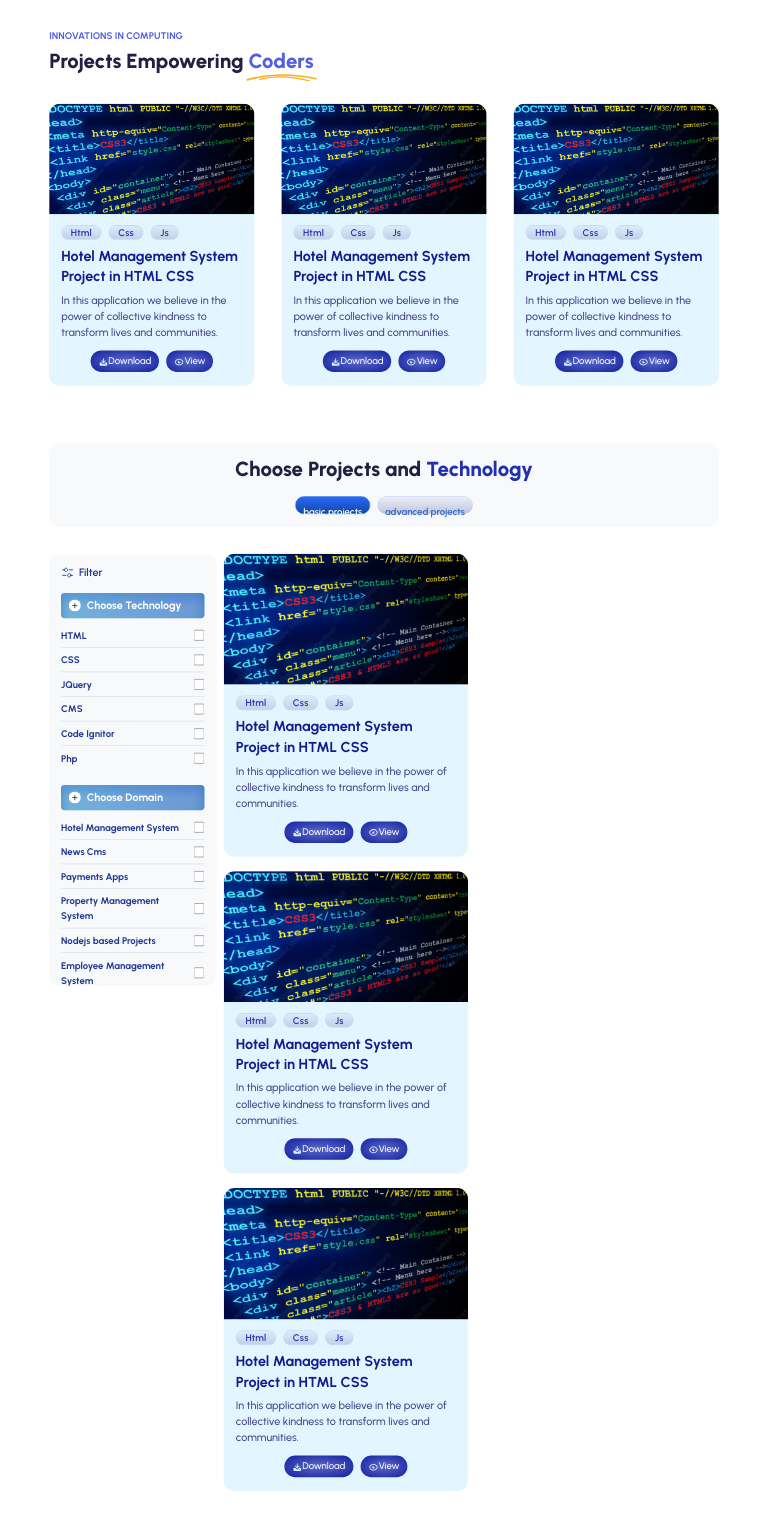
Repository: sharma171/jtccreativeideas
Page: /newsection (app in nextjssite/)
The author's editor kept a copy of each file at every save. The page is drawn from the files as they stood at one save, then again after the next save.
The browser window is 1280 px wide. The pictures show the whole page, at 60% of full size.
The project was rebuilt for these pictures with package versions that can differ from the ones it lists, and the page was loaded fresh each time. The framework's server and built-in components were replaced by stand-ins that run in the browser. Also part of the build but not shown: nextjssite/next.config.mjs.

Above is the page before, as saved 2024-03-30 18:43:41.

After the next save:
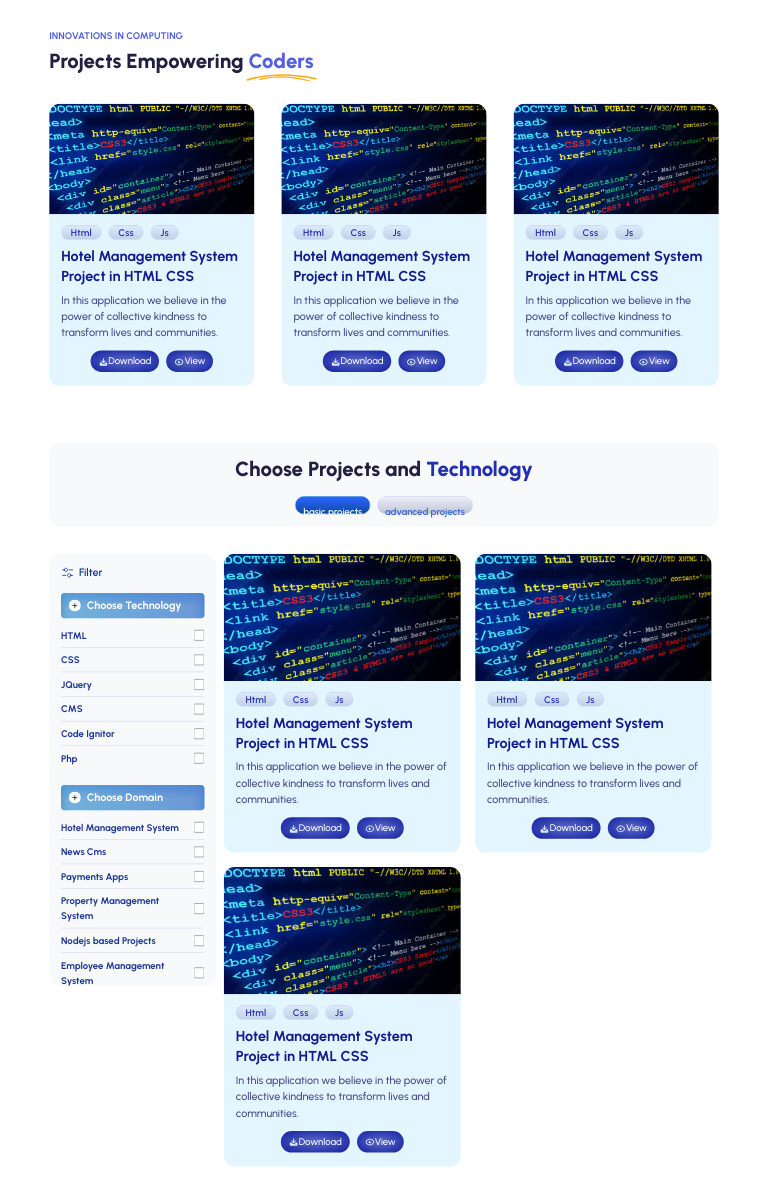
Saved 61 s later.
--- a/nextjssite/src/app/newsection/page.css
+++ b/nextjssite/src/app/newsection/page.css
@@ -397,8 +397,8 @@ section.projects {
     flex-wrap: wrap;
     gap: 24px;
 }
-.ecom-content .project-cards li{
-    width: 50%;
+.ecom-content .project-cards li {
+    width: calc(50% - 12px);
 }
 .ecom-filter::-webkit-scrollbar{width:.0em;height:.0em; border-radius: 10px}
 *::-webkit-scrollbar{width:.6em;height:.1em; border-radius: 10px}
